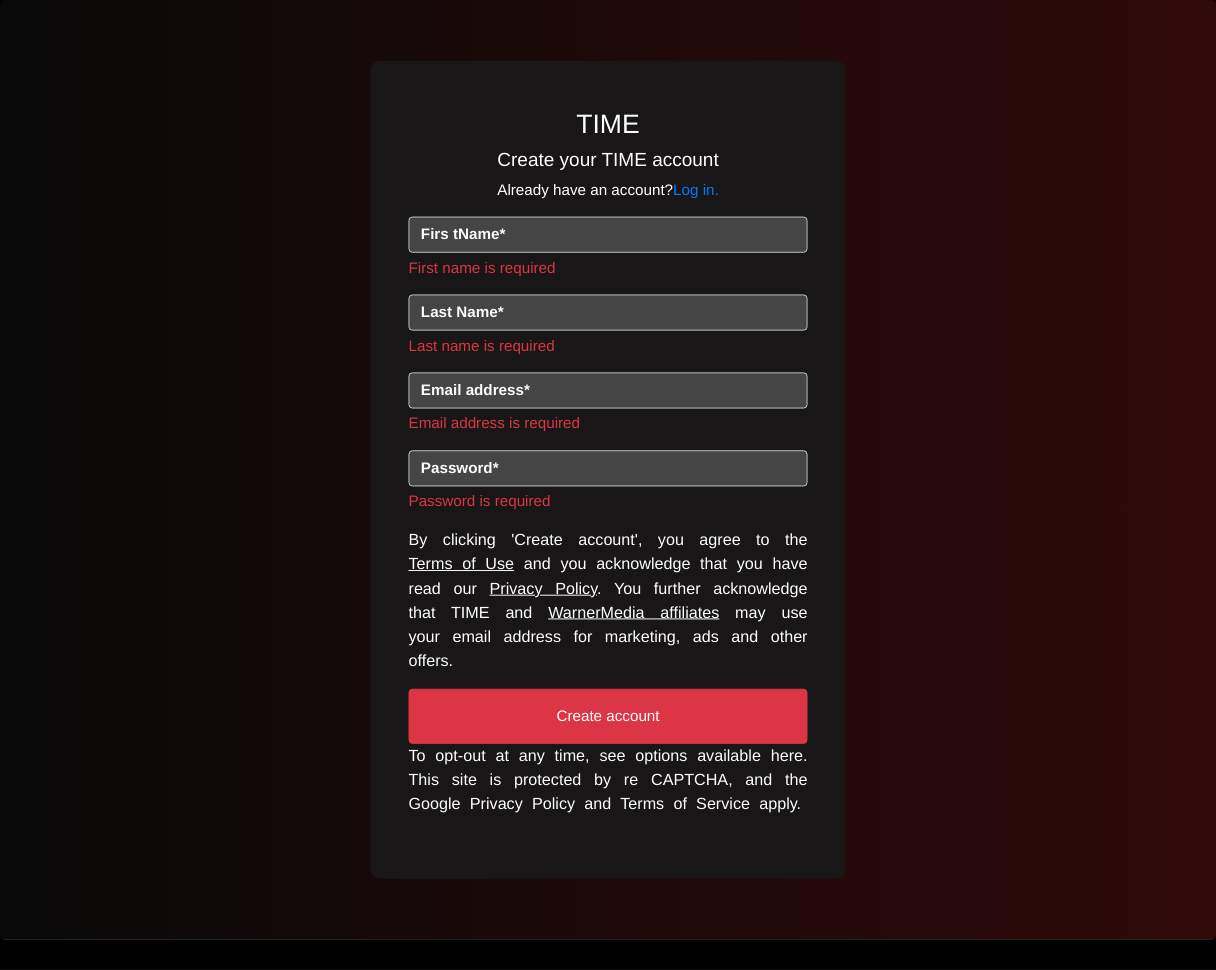
Repository: Vu14082002/WebTinTuc
Page: html/SignUp.html
The author's editor kept a copy of each file at every save. The page is drawn from the files as they stood at one save, then again after the next save.
The browser window is 1280 px wide. The pictures show the whole page, at 95% of full size.
Some web libraries are served in a nearby version.

Above is the page before, as saved 2022-04-09 14:21:04.

After the next save:
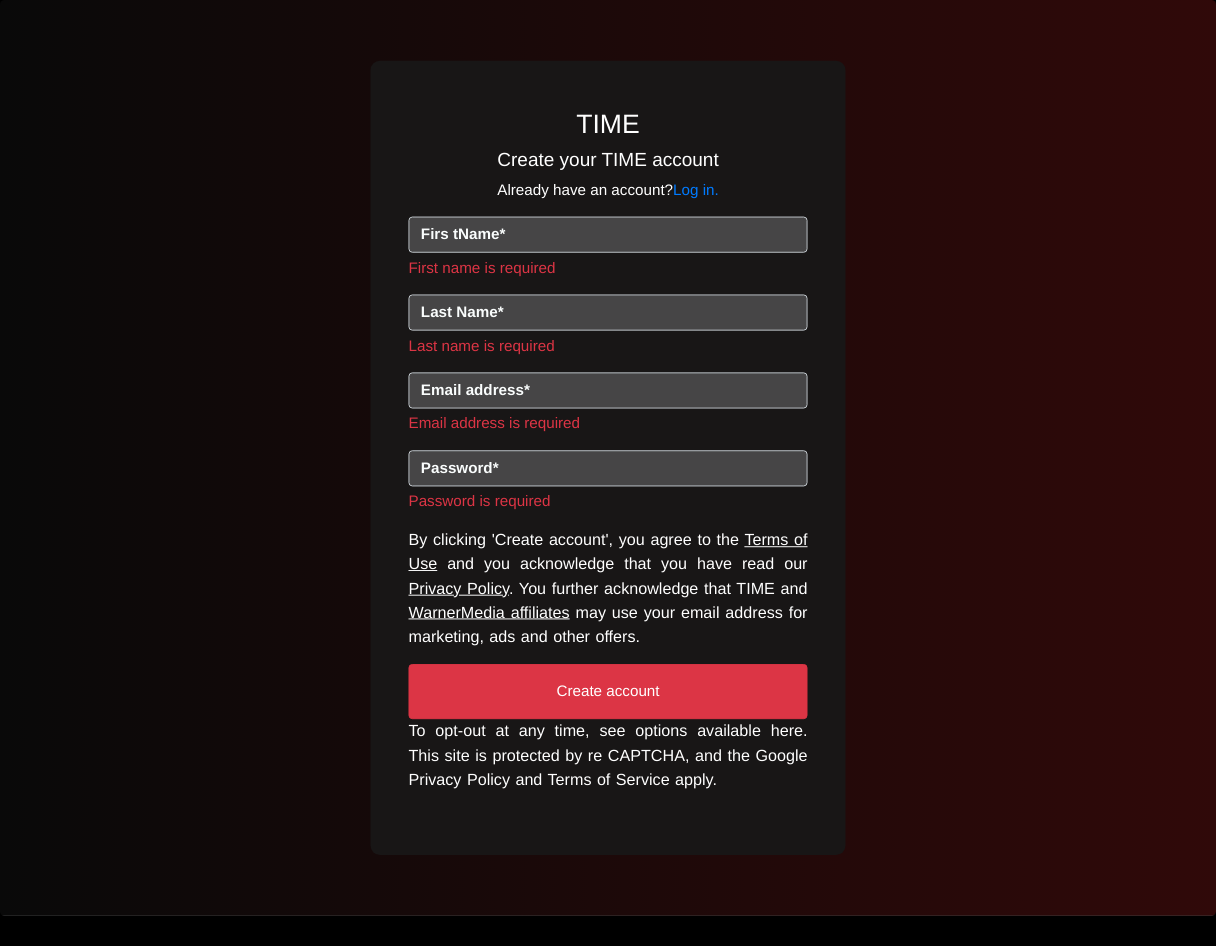
Saved 7 s later.
--- a/css/login.css
+++ b/css/login.css
@@ -49,7 +49,7 @@
 }
 .text-justify{
     font-size: 17px;
-    word-spacing: 5px;
+    word-spacing: 1px;
 }
 .rieng{
 
